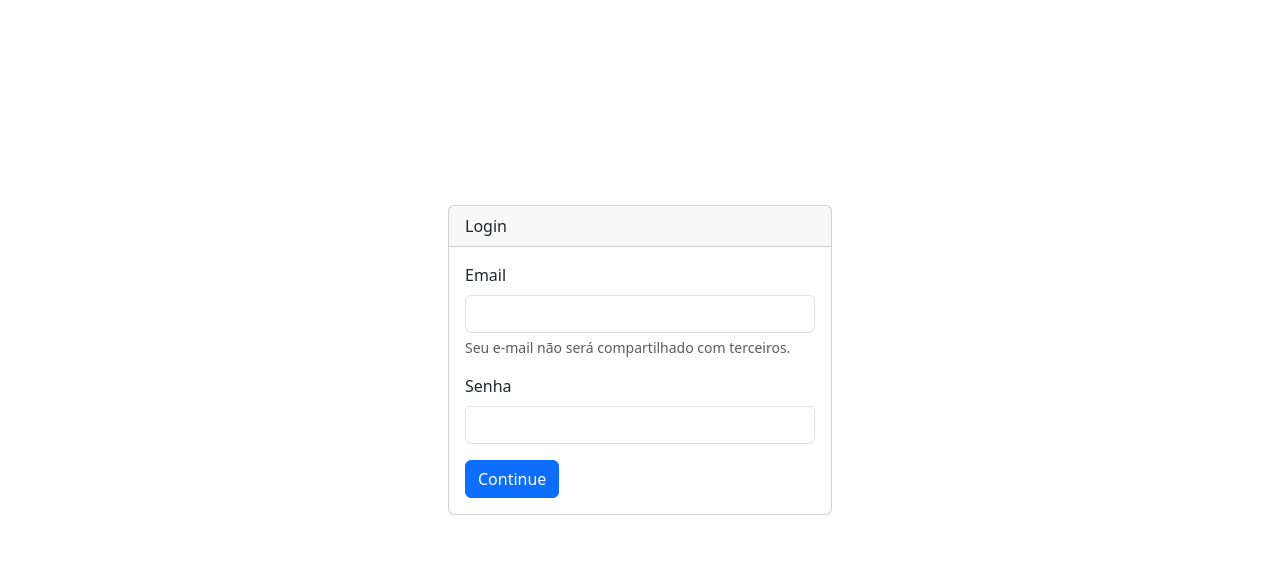
Repository: vandrecx/utilitaries
Page: http://localhost/login_archive/index.php
An editor plug-in stored every save of this project. The page is shown before and after the next save, followed by the edit.
The browser window is 1280 px wide. The pictures show the whole page.
The page is run by PHP 8.4 with error messages shown; the project is at /var/www/html/.

Above is the page before, as saved 2024-04-24 10:49:57.

After the next save:
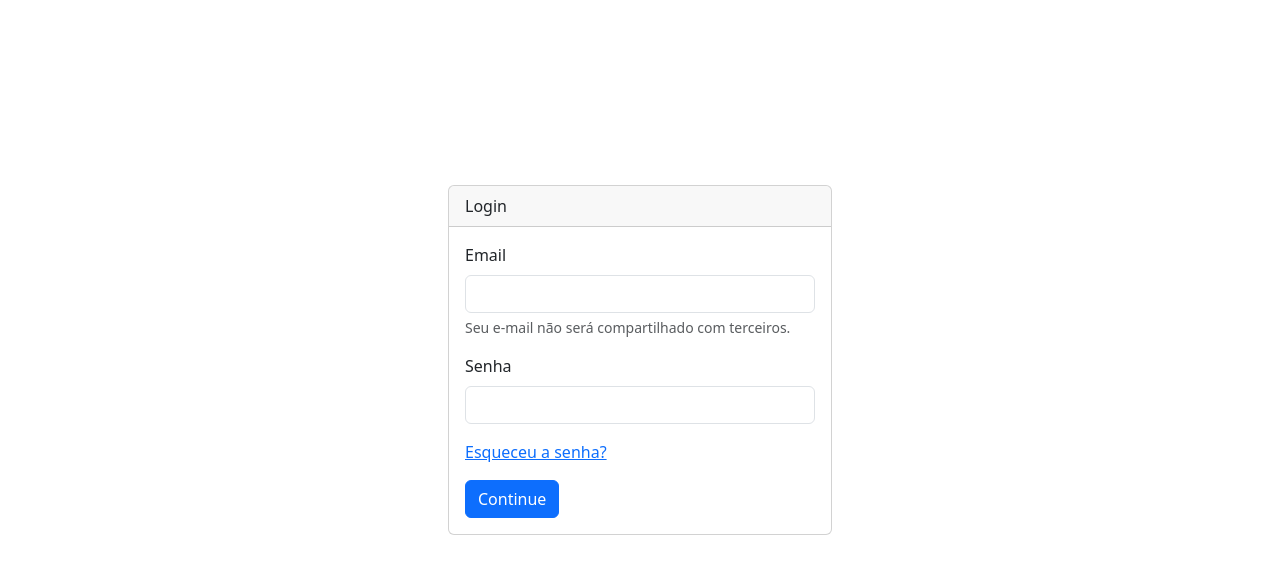
Saved 116 min 28 s later.
--- a/login_archive/index.php
+++ b/login_archive/index.php
@@ -24,6 +24,9 @@
                     <label for="exampleInputPassword1" class="form-label">Senha</label>
                     <input type="password" class="form-control" id="exampleInputPassword1" name="password">
                 </div>
+                <div class="mb-3">
+                    <a href="ForgotPassword.php">Esqueceu a senha?</a>
+                </div>
                 <button type="submit" class="btn btn-primary" name="submit">Continue</button>
             </form>
                 <?php if(isset($_GET['validation']) && $_GET['validation'] == '0'){ ?>
